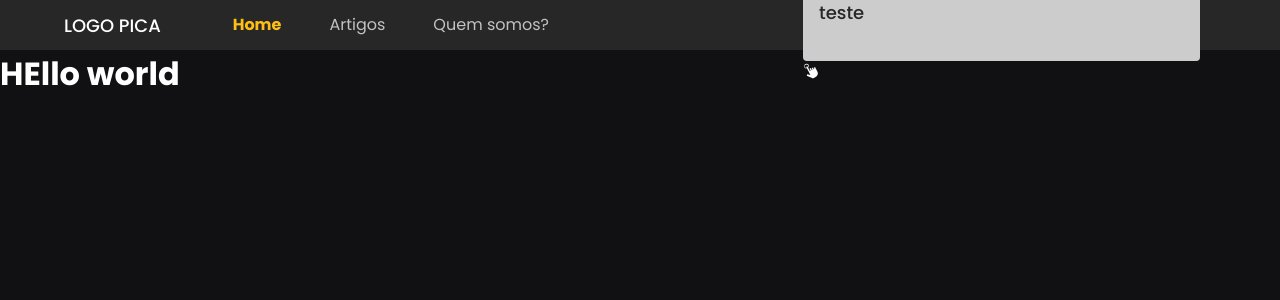
Repository: ArthurHendrich/Inepto
Page: /
These files come from the project's save history. The page is drawn as it stood at one moment and after the next save; the edit follows.
The browser window is 1280 px wide. The pictures show the whole page.
The project was rebuilt for these pictures with package versions that can differ from the ones it lists, and the page was loaded fresh each time. The framework's server and built-in components were replaced by stand-ins that run in the browser. Also part of the build but not shown: next.config.js.

Above is the page before, as saved 2022-07-06 19:07:54.

### src/pages/_app.tsx
import { AppProps } from "next/app";
import { Header } from "../components/header";

import '../styles/global.scss';

function MyApp({ Component, pageProps }: AppProps) {
  return (
    <>
    <Header />
    <Component {...pageProps} />
    </>
  );
}

export default MyApp;

### src/pages/_document.tsx
import Document, { Html, Head, Main, NextScript } from "next/document";

export default class MyDocument extends Document {
  render() {
    return (
      <Html>
        <Head>
          <link rel="preconnect" href="https://fonts.googleapis.com" />
          <link
            href="https://fonts.googleapis.com/css2?family=Poppins:wght@400;500;700;900&display=swap"
            rel="stylesheet"
          />
          <link rel="shortcut icon" href="favicon.png" type="image/png" />
        </Head>
        <body>
          <Main />
          <NextScript />
        </body>
      </Html>
    );
  }
}

### src/pages/index.tsx
import Head from 'next/head';

import styles from '../styles/home.module.scss';

export default function Home() {

  return (
    <>
    <Head>
      <title>Direito Inepto</title>
    </Head>


    <main>
      <h1>HEllo world</h1>
    </main>

    </>
  )
}

### src/components/header/index.tsx
import styles from './styles.module.scss';
import { GiClick } from 'react-icons/gi';
import { ActiveLink } from '../ActiveLink';
import Image from 'next/image';


export function Header() {
  return(
    <header className={styles.headerContainer}>
      <div className={styles.headerContent}>

        <div className={styles.headerItens}>
          <div className={styles.headerLogo}>
            <ActiveLink href="/" activeClassName={styles.active}>
              <a>LOGO PICA</a>
            </ActiveLink>
          </div>

          <nav>
          <ActiveLink href="/" activeClassName={styles.active}>
            <a>Home</a>
          </ActiveLink>

          <ActiveLink href="/posts" activeClassName={styles.active}>
            <a>Artigos</a>
          </ActiveLink>

          <ActiveLink href="/sobre" activeClassName={styles.active}>
            <a>Quem somos?</a>
          </ActiveLink>
        </nav>
        </div>

        <div className={styles.headerSearch}>
          <input type="text" value='teste' placeholder='procure...' />
          <GiClick className={styles.headerSearchIcon} />
        </div>
      </div>
    </header>
  )
}

### src/styles/global.scss
* {
  margin: 0;
  padding: 0;
  box-sizing: border-box;
}

:root {
  --white: #FFF;

  --gray-100: #C2C2C2;
  --gray-200: #CCCCCC;
  --gray-500: #272727;
  --gray-900: #111113;

  --blue-200: #3C7198;
  --blue-500: #82B4FF;
  --blue-900: #95D2FF;

  --purple-header: #2F1C6A;
  --purple-content: #492E9E;

  --yellow-500: #FFBE16;
}

@media (max-width: 1080px) {
  html {
    font-size: 93.75%;
  }
}

@media (max-width: 720px) {
  html {
    font-size: 87.5%;
  }
}

body{
  background: var(--gray-900);
  color: var(--white);
}

body, input, textarea, select, button {
  font: 400 1rem 'Poppins', sans-serif;
}

button {
  cursor: pointer;
}

a {
  color: inherit;
  text-decoration: none;
}

### src/components/header/styles.module.scss
.headerContainer {
  height: 3.125rem;
  background: var(--gray-500);
  color: var(--white);

}


.headerContent {
  height: 3.125rem;
  margin: 0 auto;
  display: flex;
  padding: 0 4rem;
  align-items: center;
  justify-content: space-between;

  .headerItens {
    display: flex;
    align-items: center;
    justify-content: space-between;

    .headerLogo {
      margin-right: 4rem;
      font-size: 1.125rem;
      font-weight: 500;
    }

    nav {
      height: 6rem;

      a {
        display: inline-block;
        position: relative;
        padding: 0 0.5rem;
        height: 6rem;
        line-height: 6rem;
        color: var(--gray-100);
        transition: color 0.2s;

        & + a {
          margin-left: 2rem;
        }

        &:hover {
          color: var(--white);
        }

        &.active{
          color: var(--yellow-500);
          font-weight: bold;
        }
      }
    }
  }

  .headerSearch {
    padding: 0 1rem;

    input {
      width: 100%;
      height: 6rem;
      border: none;
      border-radius: 0.25rem;
      background: var(--gray-200);
      color: var(--gray-500);
      font-size: 1.125rem;
      font-weight: 500;
      padding: 0 1rem;
      transition: background 0.2s;

      &:focus {
        outline: none;
        background: var(--gray-500);
      }
    }
  }
}

### src/components/ActiveLink/index.tsx
import Link, { LinkProps } from "next/link";
import { useRouter } from "next/router";
import { cloneElement, ReactElement } from "react";

interface ActiveLinkProps extends LinkProps {
  children: ReactElement;
  activeClassName: string;
}

export function ActiveLink ({ children, activeClassName, ...rest }: ActiveLinkProps) {
  const { asPath } = useRouter();

  const className = asPath === rest.href ? activeClassName : '';


  return (
    <Link {...rest}>
      {cloneElement(children, { className })}
    </Link>
  )
}

After the next save:
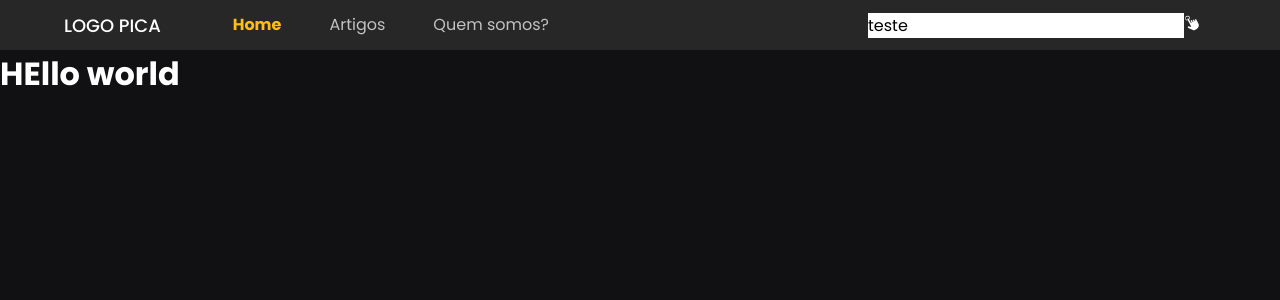
Saved 18 s later.
--- a/src/components/header/styles.module.scss
+++ b/src/components/header/styles.module.scss
@@ -57,21 +57,7 @@
     padding: 0 1rem;
 
     input {
-      width: 100%;
-      height: 6rem;
       border: none;
-      border-radius: 0.25rem;
-      background: var(--gray-200);
-      color: var(--gray-500);
-      font-size: 1.125rem;
-      font-weight: 500;
-      padding: 0 1rem;
-      transition: background 0.2s;
-
-      &:focus {
-        outline: none;
-        background: var(--gray-500);
-      }
     }
   }
 }
